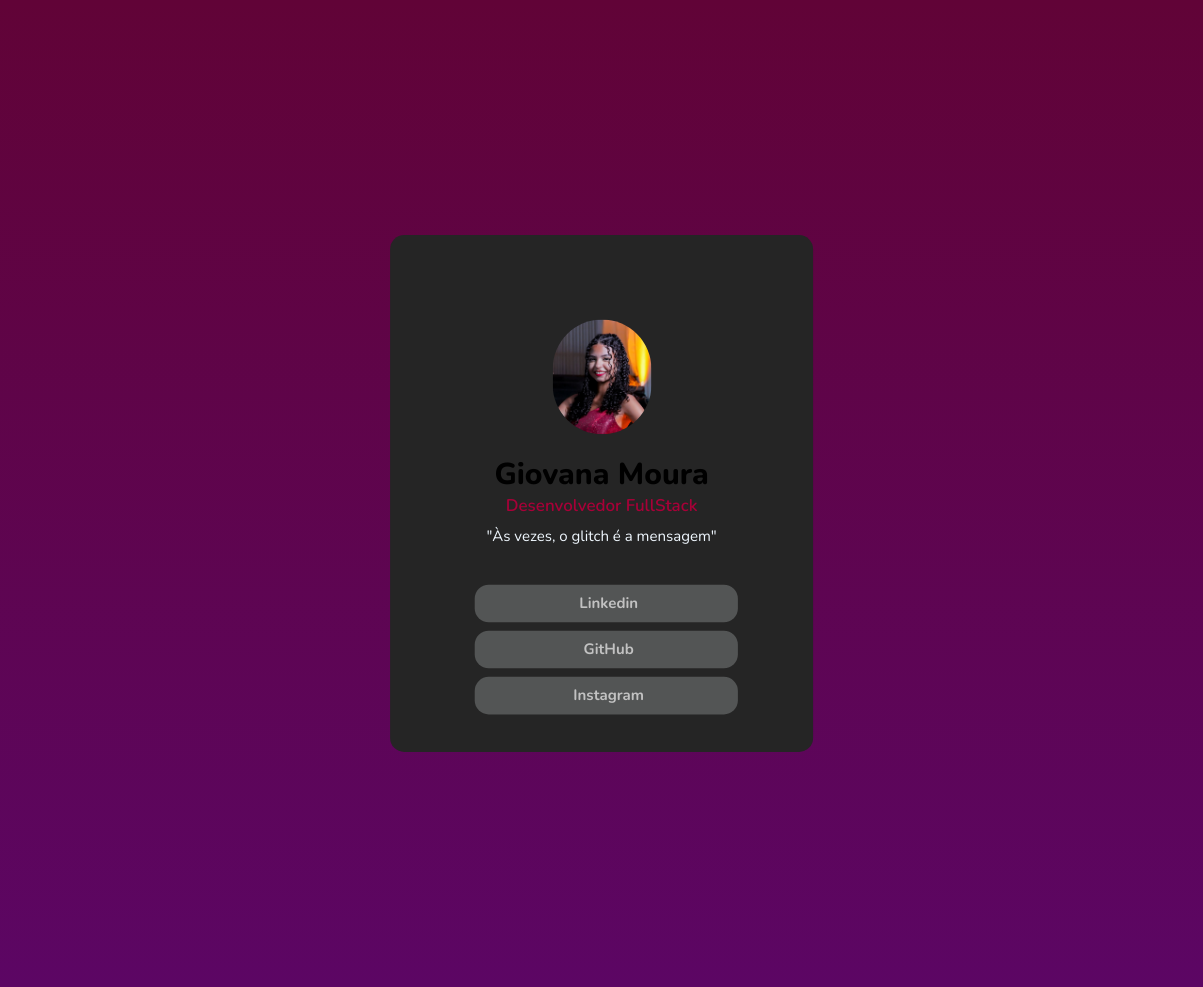
Repository: gimoli/linktree-giovana
Page: index.html
An editor plug-in stored every save of this project. The page is shown before and after a run of saves, followed by the edit.
The browser window is 1280 px wide. The pictures show the whole page, at 94% of full size.
Some icons come from a web library that is not loaded, so they are not drawn.

Above is the page before, as saved 2025-04-14 19:22:57.

After the next 3 saves:
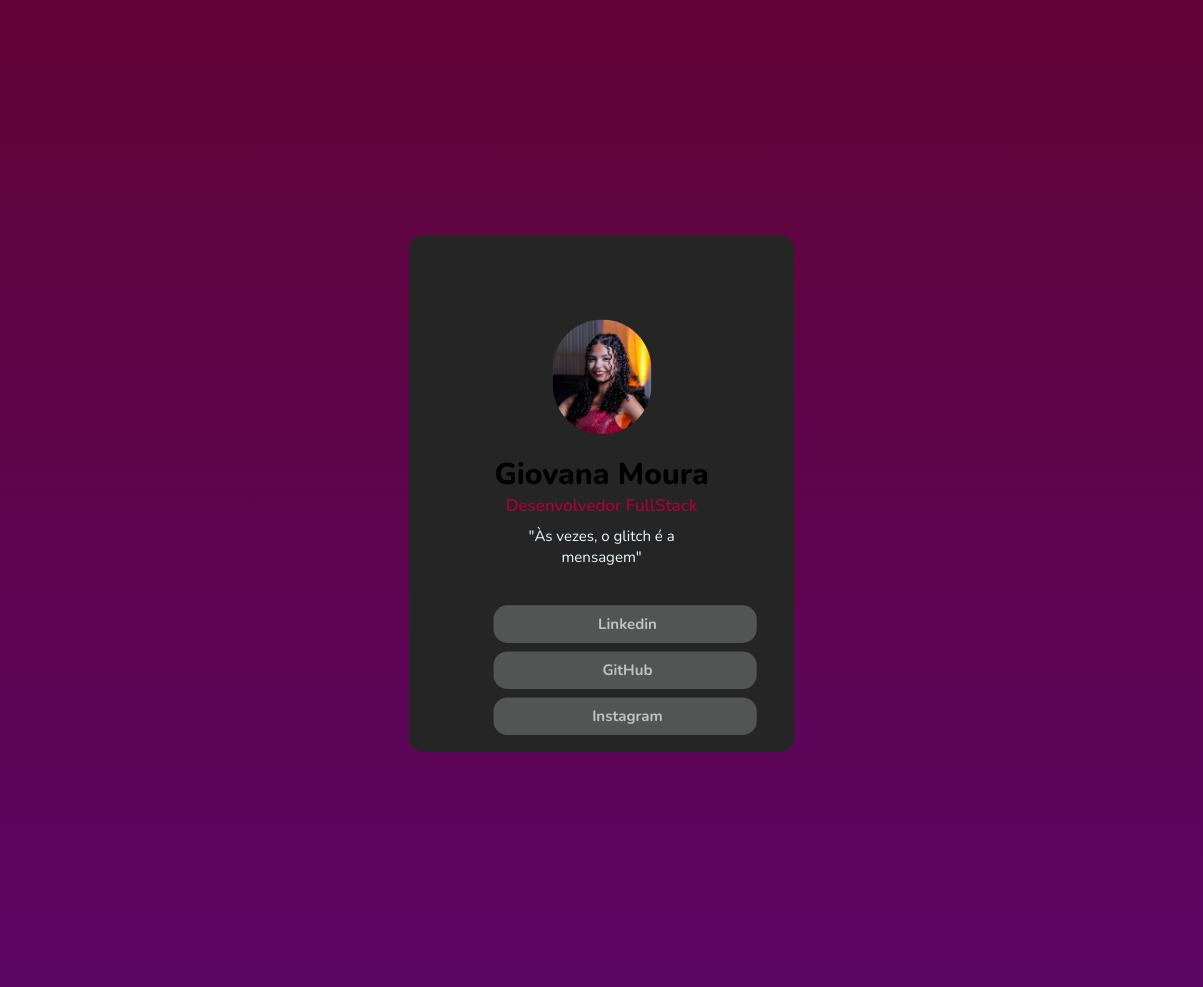
The 3 saves are shown as one change because they came seconds apart.
The last was saved 22 s later.
--- a/CSS/style.css
+++ b/CSS/style.css
@@ -16,7 +16,7 @@
 
 .container-main {
     background-color: rgb(37, 37, 37);
-    width: 450px;
+    width: 410px;
     height: 550px;
     box-sizing: border-box;
     margin: 250px auto;

After the save that followed:
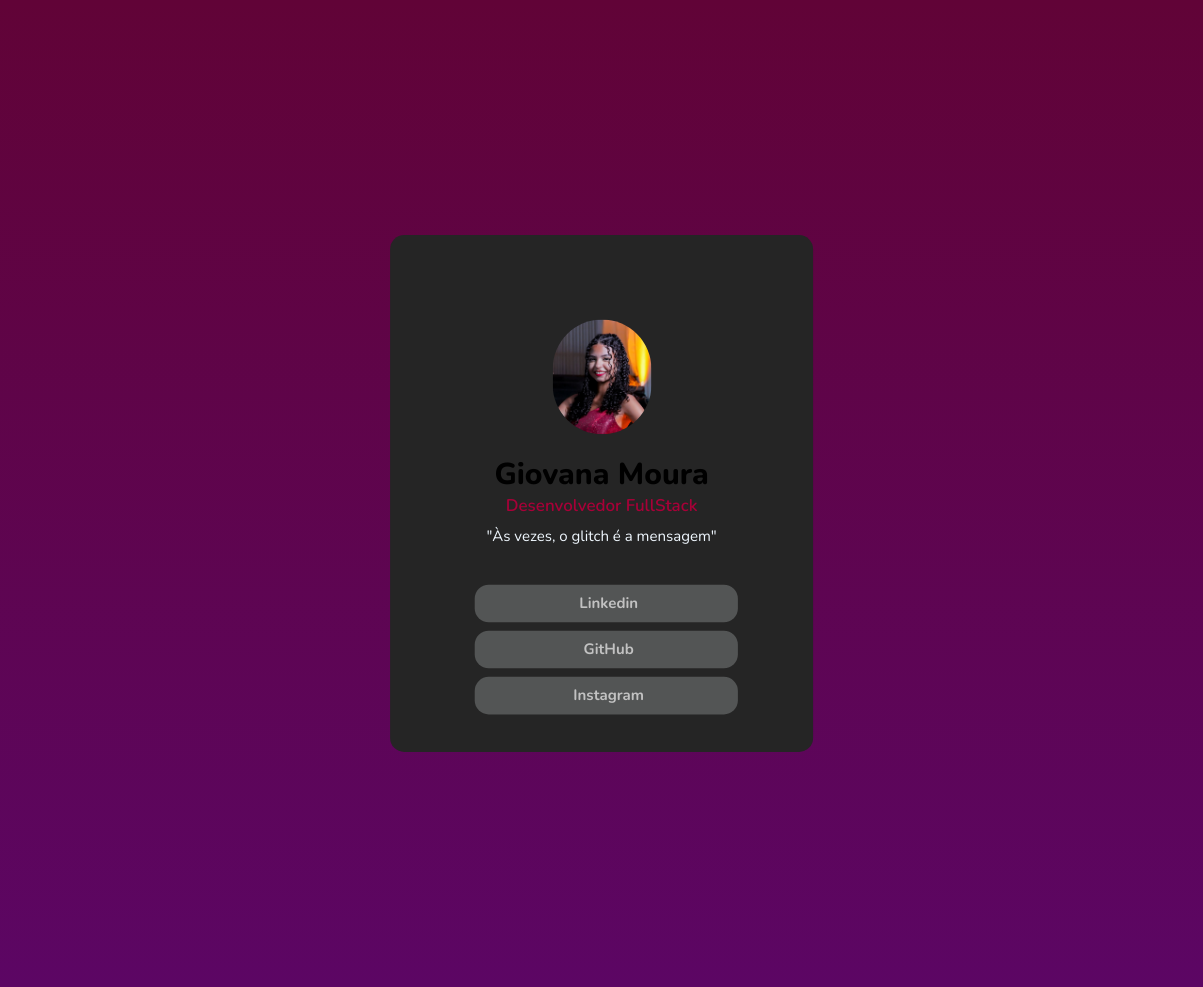
Saved 6 s later.
--- a/CSS/style.css
+++ b/CSS/style.css
@@ -16,7 +16,7 @@
 
 .container-main {
     background-color: rgb(37, 37, 37);
-    width: 410px;
+    width: 450px;
     height: 550px;
     box-sizing: border-box;
     margin: 250px auto;
